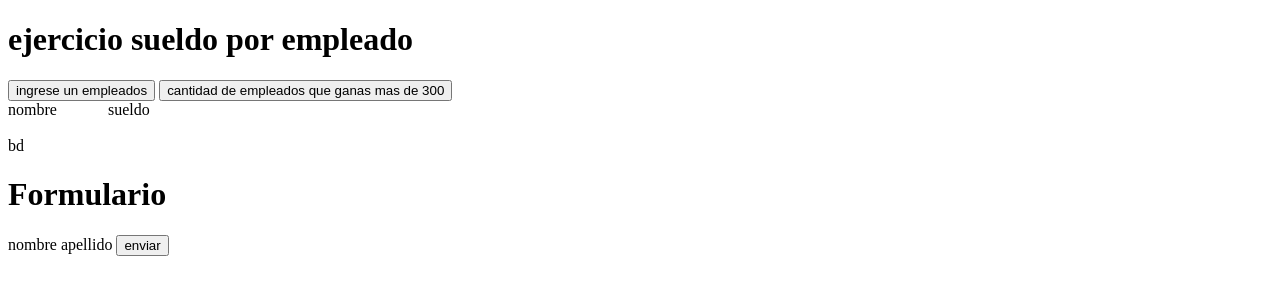
Repository: wolfmarcos/Ej-FormSesionEmpleados
Page: sueldoempleado.html
The author's editor kept a copy of each file at every save. The page is drawn from the files as they stood at one save, then again after the next save.
The browser window is 1280 px wide. The pictures show the whole page.

Above is the page before, as saved 2022-07-26 12:08:12.

After the next save:
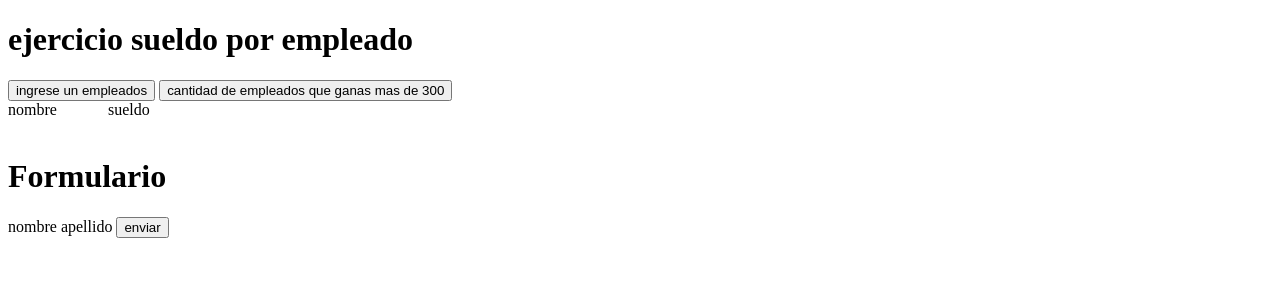
Saved 7 s later.
--- a/sueldoempleado.html
+++ b/sueldoempleado.html
@@ -26,7 +26,7 @@
 
 <div>
 <br>
-bd
+<bdo dir=""></bdo>
 <h1>Formulario</h1>
     <form action="./ej1.js" name="form" method="post">
 <leibel>nombre</leibel>

After the save that followed:
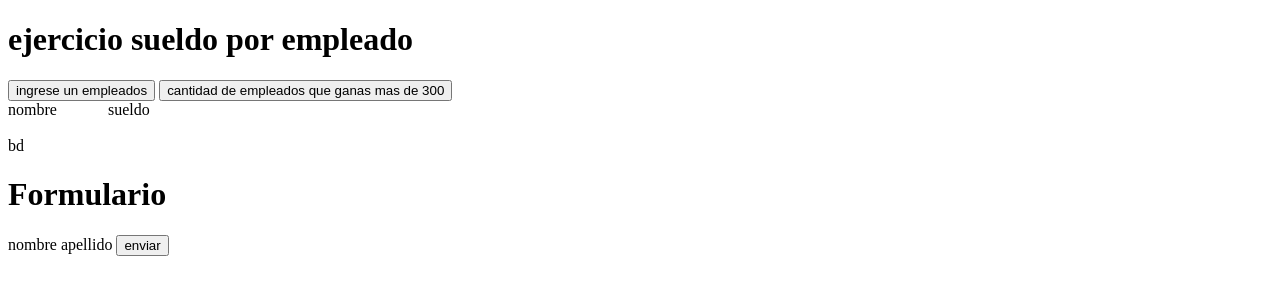
Saved 4 s later.
--- a/sueldoempleado.html
+++ b/sueldoempleado.html
@@ -26,7 +26,7 @@
 
 <div>
 <br>
-<bdo dir=""></bdo>
+bd
 <h1>Formulario</h1>
     <form action="./ej1.js" name="form" method="post">
 <leibel>nombre</leibel>
